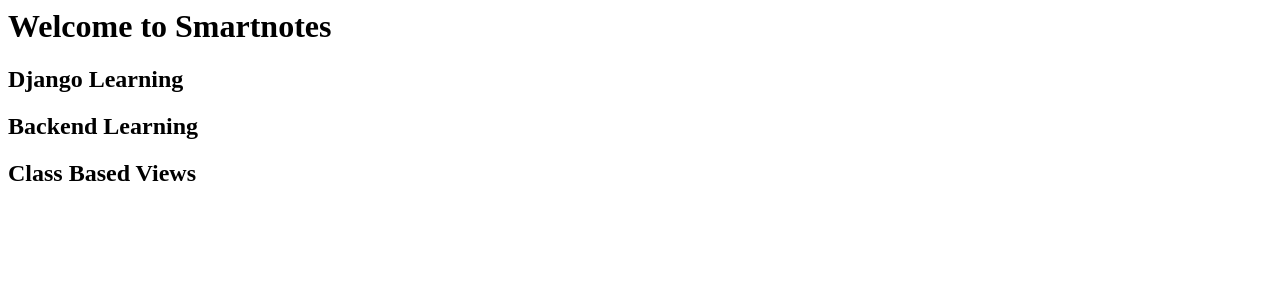
Repository: Mbote-Joseph/Django-Recap
Page: http://localhost/notes
These files come from the project's save history. The page is drawn as it stood at one moment and after the next save; the edit follows.
The browser window is 1280 px wide. The pictures show the whole page.
The page is served by the project's application, run on Django 5.2 (manage.py). Other server files are loaded and not shown. The page reads the database file committed with the project.

Above is the page before, as saved 2025-12-12 23:52:45.

### smartnotes/notes/templates/notes/notes_list.html
{% load static%}
<html>
    <head>
        <title> Django Home </title>
        <link rel="stylesheet" type="text/css" href="{% static 'css/styles.css' %}"
    </head>

    <body>
        <h1>Welcome to Smartnotes</h1>
        {% for note in notes %}
         <h2> {{note.title}} </h2>

        {% endfor %}
    </body>

</html>

### smartnotes/notes/models.py
from django.db import models

# Create your models here.
class Notes(models.Model):
    title = models.CharField(max_length=200)
    text = models.TextField()
    created = models.DateTimeField(auto_now_add=True)
    likes = models.PositiveSmallIntegerField(default=0)

### smartnotes/notes/views.py
from django.shortcuts import render
from django.db import models
from django.template.context_processors import request
from django.http import Http404
from django.apps import apps
from django.views.generic import ListView, DetailView

from .models import Notes
# Create your views here.

class NotesListView(ListView):
    model = Notes
    context_object_name = "notes"
    template_name = 'notes/notes_list.html'

class PopularNotesListView(ListView):
    model = Notes
    context_object_name = "notes"
    template_name = 'notes/notes_list.html'
    queryset = Notes.objects.filter(likes__gt = 3)

class NotesDetailView(DetailView):
    model = Notes
    context_object_name = "note"
    template_name = 'notes/note_detail.html'

# def list(request):
#     all_notes = Notes.objects.all()
#     return render(request, 'notes/notes_list.html', {'notes': all_notes})

# def note_details(request, pk):
#     try:
#         note_detail = Notes.objects.get(pk=pk)
#     except Notes.DoesNotExist:
#         raise Http404("Note Doesn't exist")
#     return render(request, 'notes/note_detail.html', {'note_detail': note_detail})

### smartnotes/smartnotes/urls.py
"""
URL configuration for smartnotes project.

The `urlpatterns` list routes URLs to views. For more information please see:
    https://docs.djangoproject.com/en/6.0/topics/http/urls/
Examples:
Function views
    1. Add an import:  from my_app import views
    2. Add a URL to urlpatterns:  path('', views.home, name='home')
Class-based views
    1. Add an import:  from other_app.views import Home
    2. Add a URL to urlpatterns:  path('', Home.as_view(), name='home')
Including another URLconf
    1. Import the include() function: from django.urls import include, path
    2. Add a URL to urlpatterns:  path('blog/', include('blog.urls'))
"""
from django.contrib import admin
from django.urls import path, include


urlpatterns = [
    path('admin/', admin.site.urls),
    path('', include("home.urls")),
    path('books', include("books.urls")),
    path('notes', include("notes.urls"))
]

### smartnotes/home/urls.py
# Copyright 2025 josephmbote
#
# Licensed under the Apache License, Version 2.0 (the "License");
# you may not use this file except in compliance with the License.
# You may obtain a copy of the License at
#
#     https://www.apache.org/licenses/LICENSE-2.0
#
# Unless required by applicable law or agreed to in writing, software
# distributed under the License is distributed on an "AS IS" BASIS,
# WITHOUT WARRANTIES OR CONDITIONS OF ANY KIND, either express or implied.
# See the License for the specific language governing permissions and
# limitations under the License.

from django.urls import path
from . import views

urlpatterns = [
    path('home', views.HomeView.as_view()),
    path('', views.WelcomeView.as_view())
]

### smartnotes/books/urls.py
from django.urls import path
from . import views

urlpatterns = [
    path('',views.BooksListView.as_view()),
    path('/<int:pk>',views.BookDetailsView.as_view())
]

### smartnotes/notes/urls.py
from notes.views import PopularNotesListView
# Copyright 2025 josephmbote
#
# Licensed under the Apache License, Version 2.0 (the "License");
# you may not use this file except in compliance with the License.
# You may obtain a copy of the License at
#
#     https://www.apache.org/licenses/LICENSE-2.0
#
# Unless required by applicable law or agreed to in writing, software
# distributed under the License is distributed on an "AS IS" BASIS,
# WITHOUT WARRANTIES OR CONDITIONS OF ANY KIND, either express or implied.
# See the License for the specific language governing permissions and
# limitations under the License.

from django.urls import path
from . import views

urlpatterns = [
    path('', views.NotesListView.as_view()),
    path('/<int:pk>', views.NotesDetailView.as_view()),
    path('/popular', views.PopularNotesListView.as_view())
]

### smartnotes/static/css/styles.css
/**
 * Copyright 2025 josephmbote
 *
 * Licensed under the Apache License, Version 2.0 (the "License");
 * you may not use this file except in compliance with the License.
 * You may obtain a copy of the License at
 *
 *     https://www.apache.org/licenses/LICENSE-2.0
 *
 * Unless required by applicable law or agreed to in writing, software
 * distributed under the License is distributed on an "AS IS" BASIS,
 * WITHOUT WARRANTIES OR CONDITIONS OF ANY KIND, either express or implied.
 * See the License for the specific language governing permissions and
 * limitations under the License.
 */

### smartnotes/db.sqlite3 (the tables this page reads, as SQL)
CREATE TABLE "notes_notes" ("id" integer NOT NULL PRIMARY KEY AUTOINCREMENT, "title" varchar(200) NOT NULL, "text" text NOT NULL, "created" datetime NOT NULL, "likes" smallint unsigned NOT NULL CHECK ("likes" >= 0));
INSERT INTO "notes_notes" VALUES
(1, 'Django Learning', 'Django is very interesting', '2025-12-12 15:42:57.632563', 0),
(2, 'Backend Learning', 'This course will help me to develop Systems Backends', '2025-12-12 15:49:53.115529', 0),
(3, 'Class Based Views', 'The Class Based Views  with Many Likes', '2025-12-12 20:44:22.586927', 6);

After the next save:
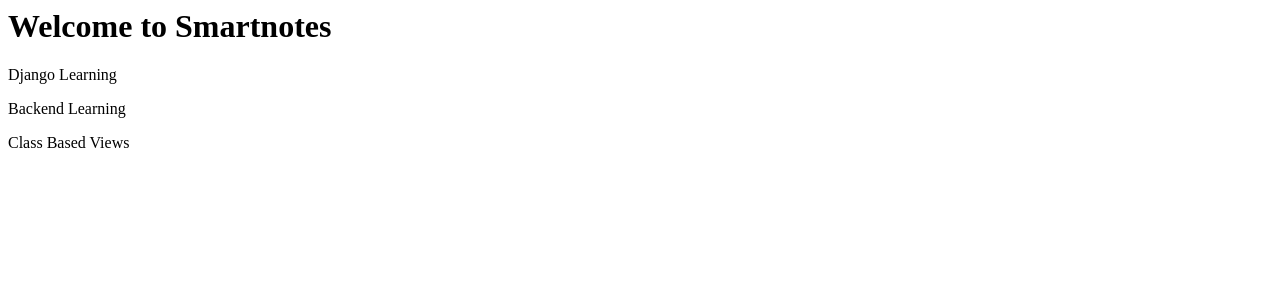
Saved 14 s later.
--- a/smartnotes/notes/templates/notes/notes_list.html
+++ b/smartnotes/notes/templates/notes/notes_list.html
@@ -8,7 +8,7 @@
     <body>
         <h1>Welcome to Smartnotes</h1>
         {% for note in notes %}
-         <h2> {{note.title}} </h2>
+         <p> {{note.title}} </p>
 
         {% endfor %}
     </body>
